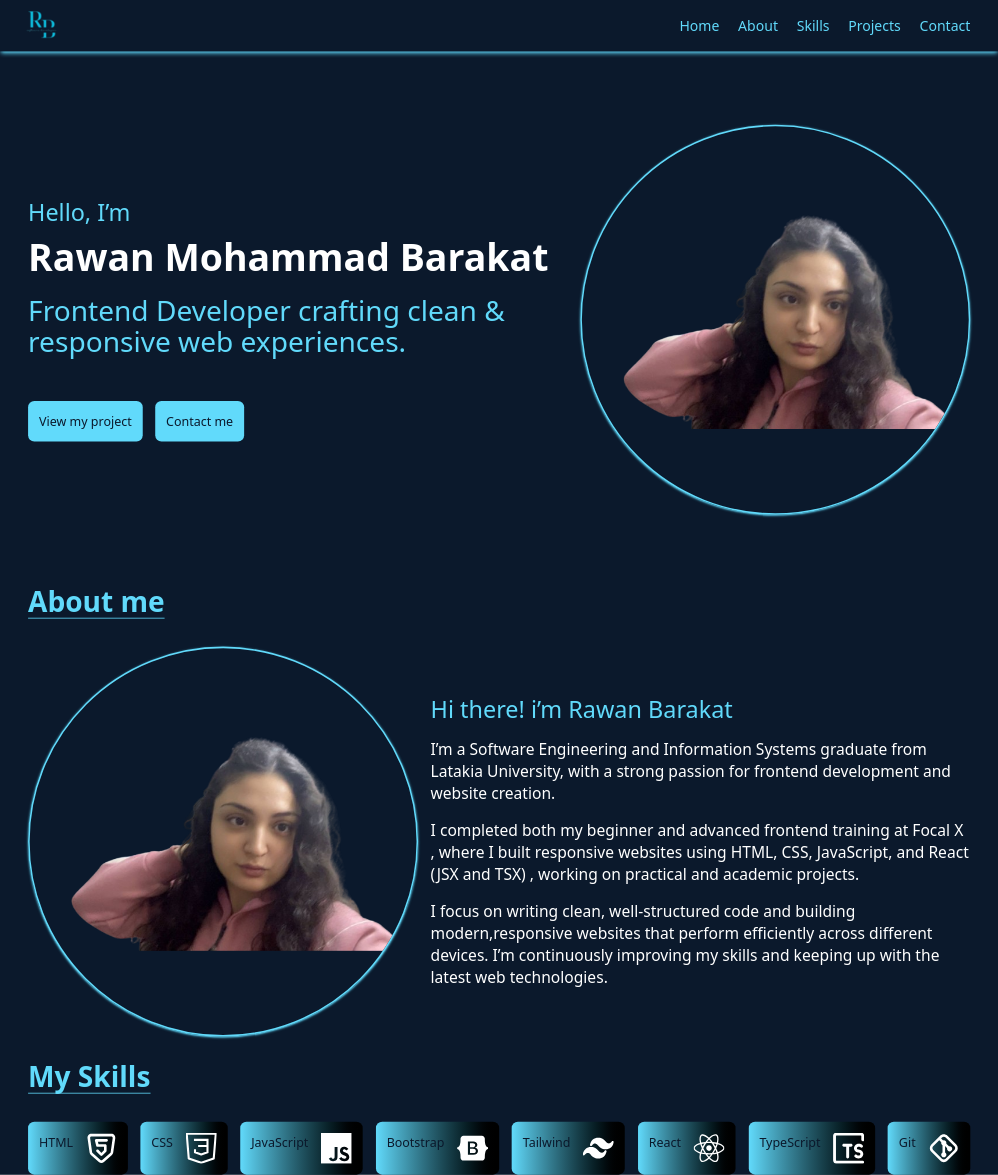
Repository: RawanBarakat-hub/portfolio
Page: /
The author's editor kept a copy of each file at every save. The page is drawn from the files as they stood at one save, then again after a run of saves.
The browser window is 1280 px wide. The pictures show the whole page, at 78% of full size.
The project was rebuilt for these pictures with package versions that can differ from the ones it lists, and the page was loaded fresh each time. Also part of the build but not shown: vite.config.ts.

Above is the page before, as saved 2026-02-20 09:20:33.

### index.html
<!doctype html>
<html lang="en">
  <head>
    <meta charset="UTF-8" />
    <link rel="icon" type="image/svg+xml" href="/assets/images/photos/logo.png" />
    <meta name="viewport" content="width=device-width, initial-scale=1.0" />
    <title>Rawan's portfolio</title>
  </head>
  <body>
    <div id="root"></div>
    <script type="module" src="/src/main.tsx"></script>
  </body>
</html>

### src/index.css
@import "tailwindcss";
@theme{
    --color-primary-color: #61DAFB;
    --color-background-color: #0b192c;
    --color-hover-color: #85ddf5;
}

### src/App.tsx
import Hero from "./components/Hero"
import Main from "./components/Main"
import NavBar from "./components/NavBar"
import { nav_links } from "./data/data"
import "./index.css"
function App() {

  return (
    <div className="bg-background-color px-9">
      <NavBar logo={{source:"/assets/images/photos/logo.png",alternative:"Logo"}}
      nav_links={nav_links}
      bar_icon={{source:"/assets/images/icons/bars.svg",alternative:"bars"}}
      cancel_icon={{source:"/assets/images/icons/cancel.svg",alternative:"bars"}}
      />
      <Hero/>
      <Main/>
    </div>
  )
}

export default App

### src/components/Hero.tsx
import Image from "./Image"
import LinkBtn from "./LinkBtn"
import WelcomeText from "./WelcomeText"

const Hero = () => {
    return (
        <div className="h-screen pt-35 lg:pt-25 flex flex-col lg:flex-row
        justify-center lg:justify-between items-center gap-5">
            <div className="text-center lg:text-left">
                <WelcomeText text="Hello, I’m"/>
                <h1 className="text-white text-3xl lg:text-5xl mt-3 lg:mt-4
                mb-4 lg:mb-6 font-bold">Rawan Mohammad Barakat</h1>
                <p className="text-primary-color text-2xl lg:text-4xl max-w-2xl
                mb-4 lg:mb-14">Frontend Developer crafting clean & responsive web experiences.</p>
                <div className="flex justify-center lg:justify-start gap-4">
                    <LinkBtn url="" text="View my project"/>
                    <LinkBtn url="" text="Contact me"/>
                </div>
            </div>
            <Image source="/assets/images/photos/rawan.png" alternative="rawan"/>
        </div>
    )
}

export default Hero

### src/components/Main.tsx
import SectionAbout from "./SectionAbout"
import SectionSkills from "./SectionSkills"

const Main = () => {
    return (
        <main>
            <SectionAbout/>
            <SectionSkills/>
        </main>
    )
}

export default Main

### src/components/NavBar.tsx
import { NavLink } from "react-router-dom"
import type { NavProps } from "../interfaces"
import { useState } from "react"

const NavBar = ({logo,nav_links,bar_icon,cancel_icon}:NavProps) => {
    const [show,setShow]=useState<boolean>(true)
    return (
        <div>
            <nav className="flex justify-between pl-5 pr-9 items-center fixed top-0
            w-full left-0 bg-background-color shadow-md shadow-primary-color">
                <div className="">
                    <img className="" src={logo.source} alt={logo.alternative} />
                </div>
                <div className="hidden lg:block">
                    <ul className="flex gap-6">
                        {nav_links?.map((link,index)=>{
                            return <li key={index}>
                                <NavLink className="text-primary-color text-[18px] font-medium"
                                to={link?.url}>{link?.text}</NavLink>
                            </li>
                        })}
                    </ul>
                </div>
                <button onClick={()=>setShow(!show)}
                className="block lg:hidden"><img src={`${show?bar_icon.source:cancel_icon.source}`}
                alt={`${show?bar_icon.alternative:cancel_icon.alternative}`} /></button>
            </nav>
            <div className={`${show ? "-left-full" :"left-1/2"} absolute top-16.5
            -translate-x-1/2 py-3.5 bg-background-color w-full transition-all`}>
                <ul className="text-center">
                        {nav_links?.map((link,index)=>{
                            return <li key={index} className="mb-4">
                                <NavLink className="text-primary-color text-[18px] font-medium"
                                to={link?.url}>{link?.text}</NavLink>
                            </li>
                        })}
                    </ul>
            </div>
        </div>
    )
}

export default NavBar

### src/data/data.ts
export const nav_links=[
    {
        url:"/",
        text:"Home"
    },
    {
        url:"/",
        text:"About"
    },
    {
        url:"/",
        text:"Skills"
    },
    {
        url:"/",
        text:"Projects"
    },
    {
        url:"/",
        text:"Contact"
    }
]
export const skills=[
    {
        image:{
            source:"/assets/images/icons/html.svg",
            alternative:"HTMl icon"
        },
        link:{
            url:"https://www.w3schools.com/html/default.asp",
            text:"HTML"
        }
    },
    {
        image:{
            source:"/assets/images/icons/css3.svg",
            alternative:"CSS icon"
        },
        link:{
            url:"https://www.w3schools.com/css/default.asp",
            text:"CSS"
        }
    },
    {
        image:{
            source:"/assets/images/icons/js.svg",
            alternative:"JavaScript icon"
        },
        link:{
            url:"https://www.w3schools.com/js/default.asp",
            text:"JavaScript "
        }
    },
    {
        image:{
            source:"/assets/images/icons/bootstrap.svg",
            alternative:"Bootstrap icon"
        },
        link:{
            url:"https://www.w3schools.com/bootstrap/bootstrap_ver.asp",
            text:"Bootstrap"
        }
    },
    {
        image:{
            source:"/assets/images/icons/tailwind.svg",
            alternative:"Taileind icon"
        },
        link:{
            url:"https://tailwindcss.com/",
            text:"Tailwind"
        }
    },
    {
        image:{
            source:"/assets/images/icons/react.svg",
            alternative:"React icon"
        },
        link:{
            url:"https://www.w3schools.com/react/default.asp",
            text:"React"
        }
    },
    {
        image:{
            source:"/assets/images/icons/ts.svg",
            alternative:"TypeScript icon"
        },
        link:{
            url:"https://www.w3schools.com/typescript/index.php",
            text:"TypeScript"
        }
    },
    {
        image:{
            source:"/assets/images/icons/git.svg",
            alternative:"Git icon"
        },
        link:{
            url:"https://www.w3schools.com/git/default.asp",
            text:"Git"
        }
    }
]

### src/components/Image.tsx
import type { ImageProps } from '../interfaces'

const Image = ({source,alternative}:ImageProps) => {
    return (
        <div className='w-125 h-125 rounded-full border-2 border-primary-color
            shadow-sm shadow-primary-color flex justify-center items-center overflow-hidden
            shrink-0'>
            <img src={source} alt={alternative} />
        </div>
    )
}

export default Image

### src/components/LinkBtn.tsx
import { Link } from 'react-router-dom'
import { type LinkProps } from '../interfaces'
const LinkBtn = ({url,text,image}:LinkProps) => {
    return (
            <Link className={`${image?"bg-linear-to-r from-primary-color to-black hover:scale-120":
                "bg-primary-color hover:bg-hover-color"}
            text-background-color p-3.5 rounded-lg w-fit flex gap-4 transition-all`} to={url}>{text}
            {image && <img className='w-10' src={image?.source} alt={image?.alternative} />}</Link>
    )
}

export default LinkBtn

### src/components/WelcomeText.tsx

const WelcomeText = ({text}:{text:string}) => {
    return (
        <p className="text-primary-color text-xl lg:text-3xl
        font-medium">{text}</p>
    )
}

export default WelcomeText

### src/components/SectionAbout.tsx
import Description from "./Description"
import Image from "./Image"
import TitleSection from "./TitleSection"
import WelcomeText from "./WelcomeText"

const SectionAbout = () => {
    return (
        <section className="py-15 lg:py-8 text-center lg:text-left">
            <TitleSection title="About me"/>
            <div className="flex flex-col lg:flex-row
                justify-center lg:justify-between items-center
                gap-4">
                <Image source="/assets/images/photos/rawan.png" alternative="rawan"/>
                <div className="max-w-3xl">
                    <WelcomeText text="Hi there! i’m Rawan Barakat"/>
                    <Description text="I’m a Software Engineering and Information Systems
                        graduate from Latakia University, with a strong passion
                        for frontend development and website creation."/>
                    <Description text="I completed both my beginner
                        and advanced frontend training at Focal X ,
                        where I built responsive websites using HTML, CSS, JavaScript,
                        and React (JSX and TSX) , working on practical and academic projects."/>
                    <Description text="I focus on writing clean, well-structured
                    code and building modern,responsive websites that perform efficiently across different
                    devices. I’m continuously improving my skills and keeping up with the latest web
                    technologies."/>
                </div>
            </div>
        </section>
    )
}

export default SectionAbout

### src/components/SectionSkills.tsx
import { skills } from "../data/data"
import Container from "./Container"
import LinkBtn from "./LinkBtn"
import TitleSection from "./TitleSection"

const SectionSkills = () => {
    return (
        <section>
            <TitleSection title="My Skills"/>
            <Container>
                {
                    skills.map((skill,index)=>{
                        return <LinkBtn key={index} url={skill.link.url}
                        text={skill.link.text} image={skill.image}/>
                    })
            }
            </Container>
        </section>
    )
}

export default SectionSkills

### src/components/Description.tsx

const Description = ({text}:{text:string}) => {
    return (
        <p className="text-white text-xl mt-5">{text}</p>
    )
}

export default Description

### src/components/TitleSection.tsx
import type { TitleSectionProp } from "../interfaces"

const TitleSection = ({title}:TitleSectionProp) => {
    return (
        <h2 className="text-xl lg:text-4xl text-primary-color font-semibold
        mb-4 lg:mb-9 w-fit border-b border-primary-color">{title}</h2>
    )
}

export default TitleSection

### src/components/Container.tsx
import type { ContainerProps } from "../interfaces"

const Container = ({children}:ContainerProps) => {
    return (
        <div className="flex justify-between gap-4">{children}</div>
    )
}

export default Container

Loaded but not shown: src/main.tsx (common file)

After the next 5 saves:
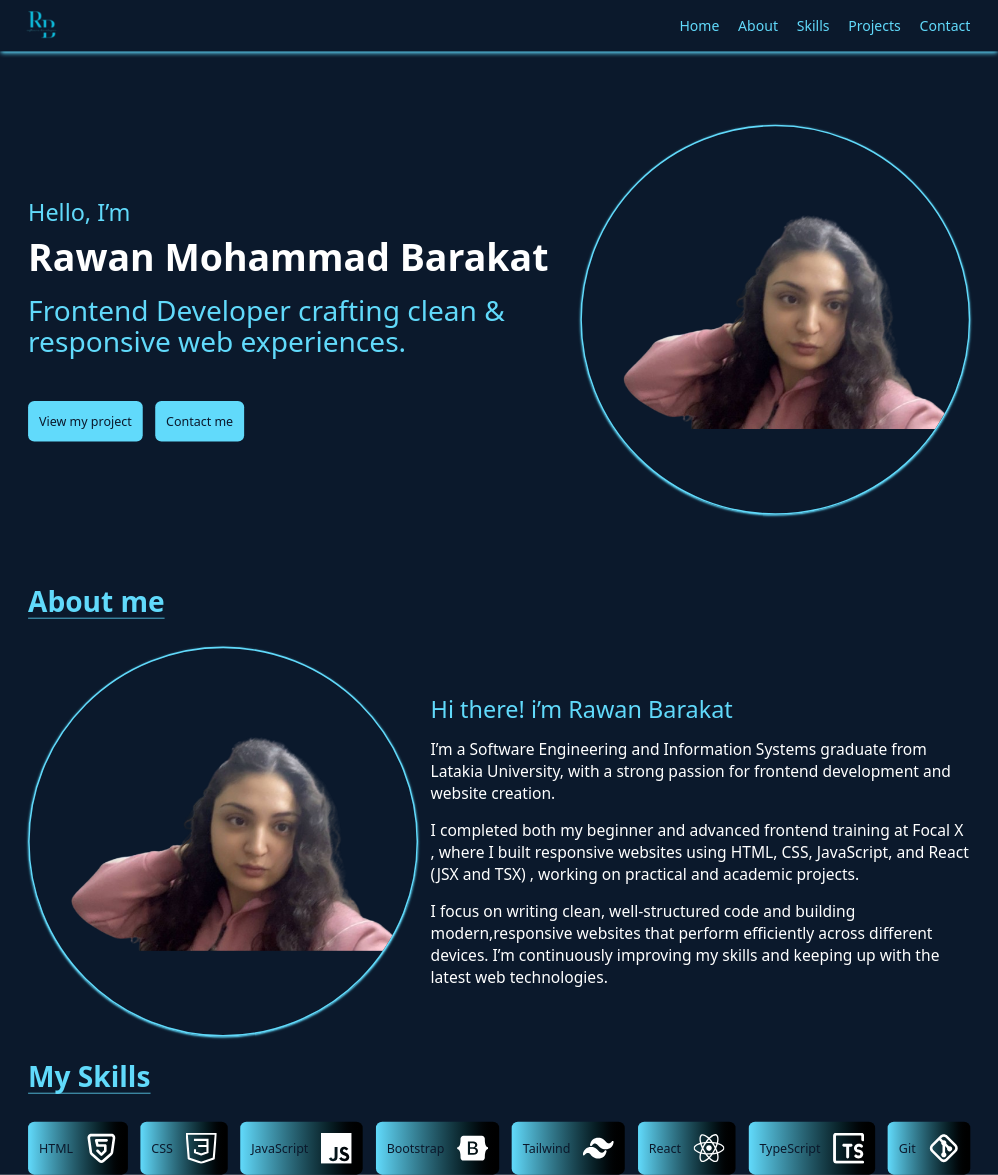
The 5 saves are shown as one change because they came seconds apart.
The last was saved 7 min 36 s later.
--- a/src/components/LinkBtn.tsx
+++ b/src/components/LinkBtn.tsx
@@ -4,7 +4,8 @@ const LinkBtn = ({url,text,image}:LinkProps) => {
     return (
             <Link className={`${image?"bg-linear-to-r from-primary-color to-black hover:scale-120":
                 "bg-primary-color hover:bg-hover-color"}
-            text-background-color p-3.5 rounded-lg w-fit flex gap-4 transition-all`} to={url}>{text}
+            text-background-color p-3.5 rounded-lg w-fit flex items-center
+            gap-4 transition-all`} to={url}>{text}
             {image && <img className='w-10' src={image?.source} alt={image?.alternative} />}</Link>
     )
 }
